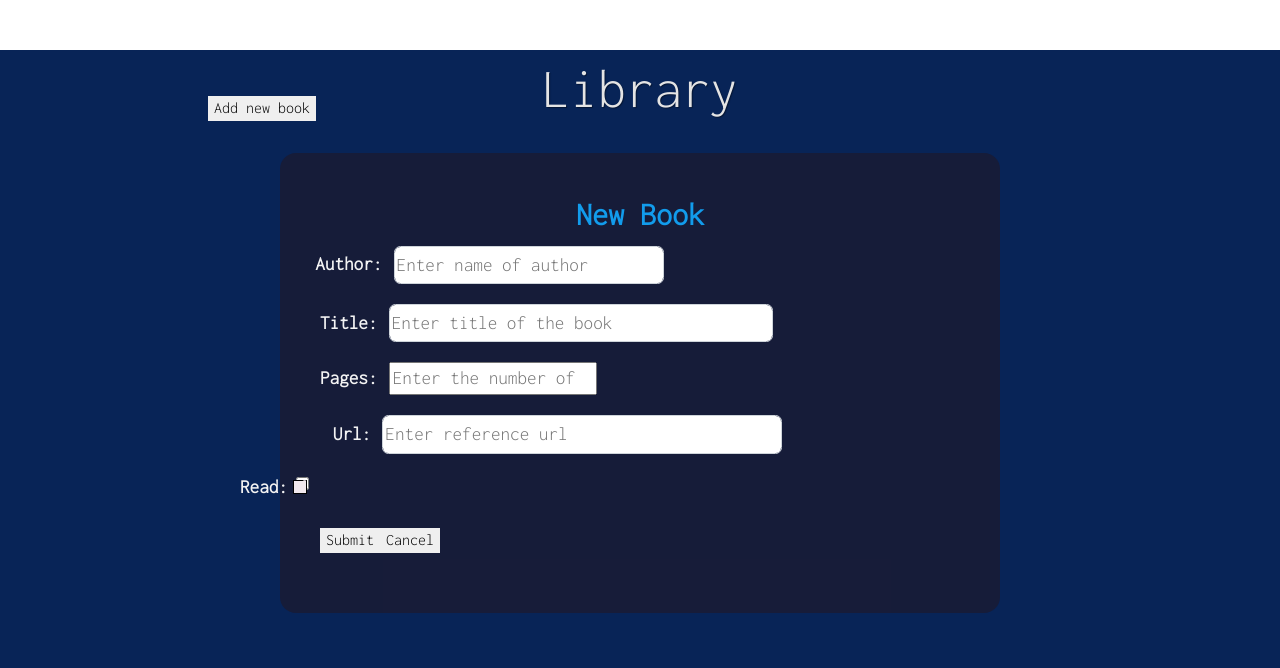
Repository: 0101chaitanya/Library
Page: index.html
The author's editor kept a copy of each file at every save. The page is drawn from the files as they stood at one save, then again after a run of saves.
The browser window is 1280 px wide. The pictures show the whole page.

Above is the page before, as saved 2021-06-03 19:25:54.

After the next 2 saves:
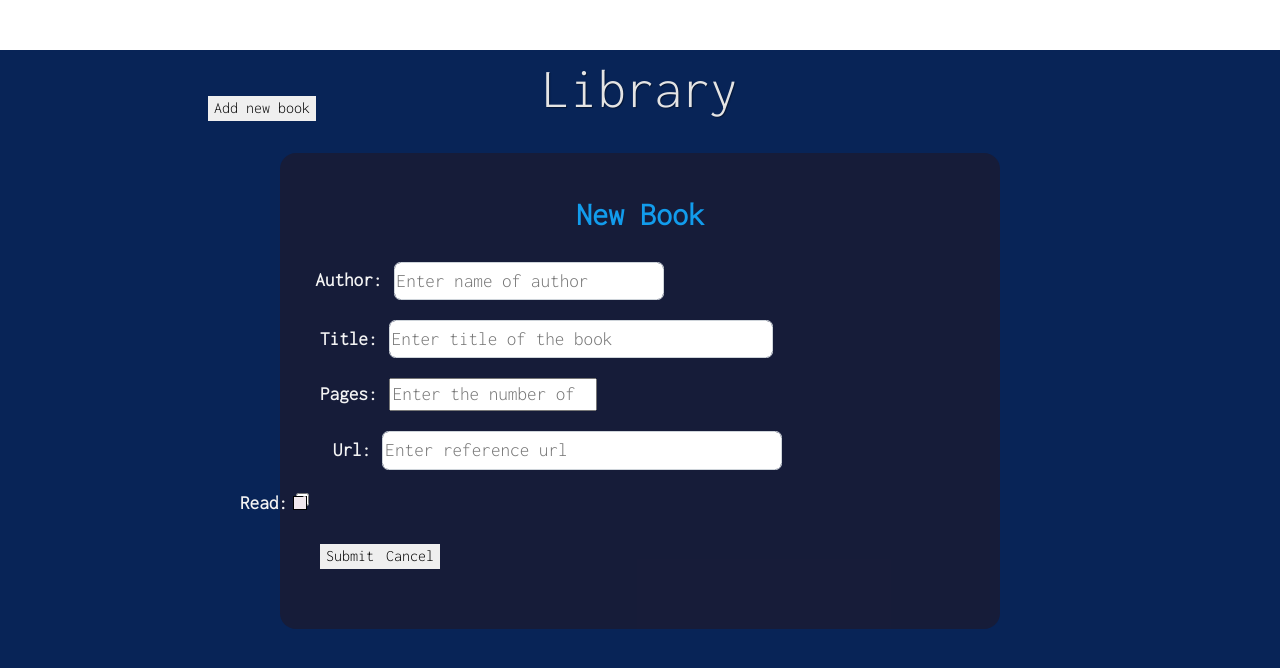
The 2 saves are shown as one change because they came seconds apart.
The last was saved 16 s later.
--- a/styles.css
+++ b/styles.css
@@ -145,7 +145,7 @@ h1 {
     position: relative;
     text-align: center;
     margin-left: 0;
-    margin: 0 0 2rem;
+    margin: 0 0 3rem;
     color: rgb(18, 156, 236);
 }
 
